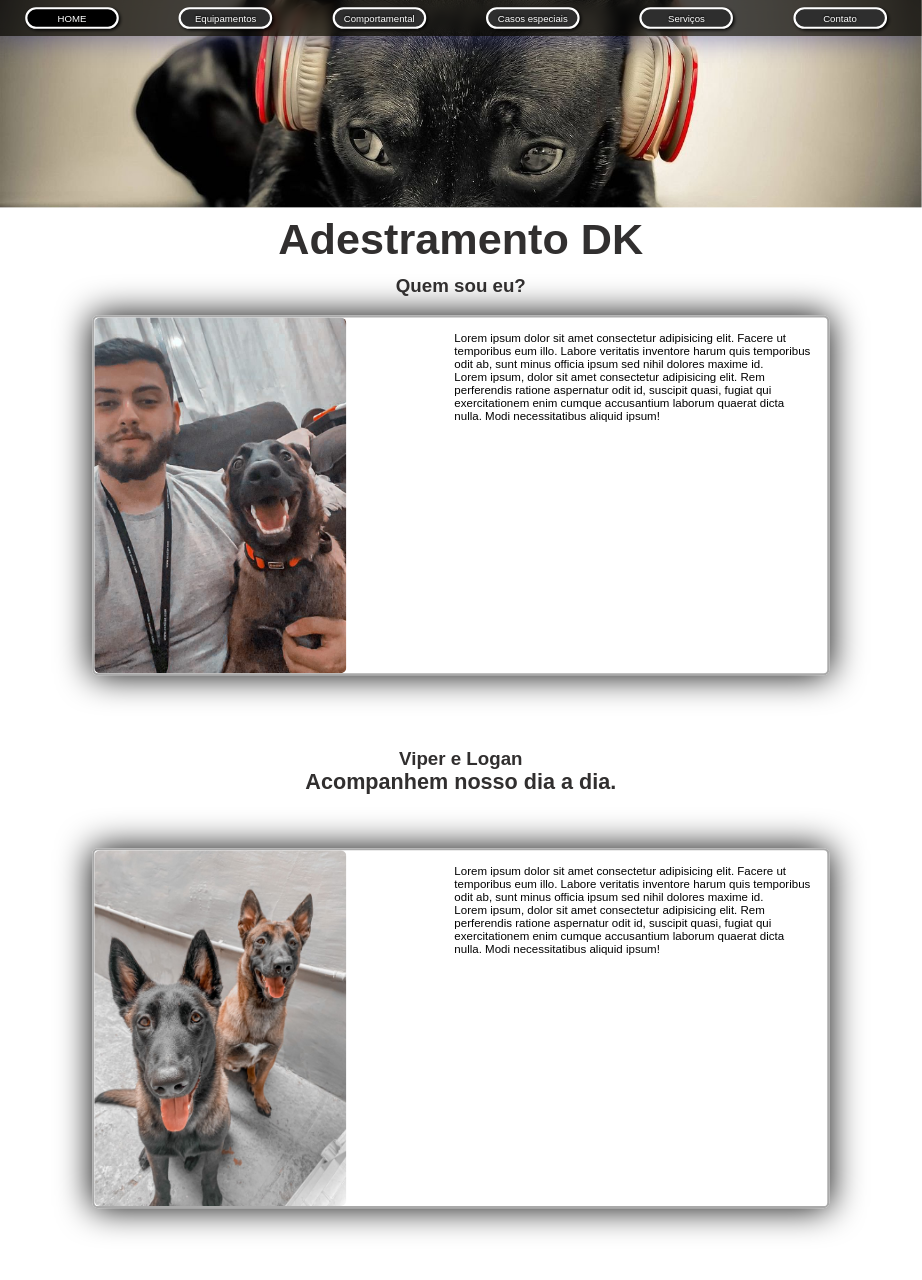
Repository: KevynMarques/Blog-React-StyledComponent
Page: /
These files come from the project's save history. The page is drawn as it stood at one moment and after a run of saves; the edit follows.
The browser window is 1280 px wide. The pictures show the whole page, at 72% of full size.
The project was rebuilt for these pictures with package versions that can differ from the ones it lists, and the page was loaded fresh each time. Also part of the build but not shown: src/Components/Equipamentos/style.jsx, src/Components/Equipamentos/index.jsx, src/Components/Comportamental/style.jsx, src/Components/Comportamental/index.jsx, src/Components/Clientes/style.jsx, src/Components/Clientes/index.jsx, src/Components/Serviços/index.jsx, src/Components/Contato/index.jsx.

Above is the page before, as saved 2022-02-10 18:58:59.

After the next 4 saves:
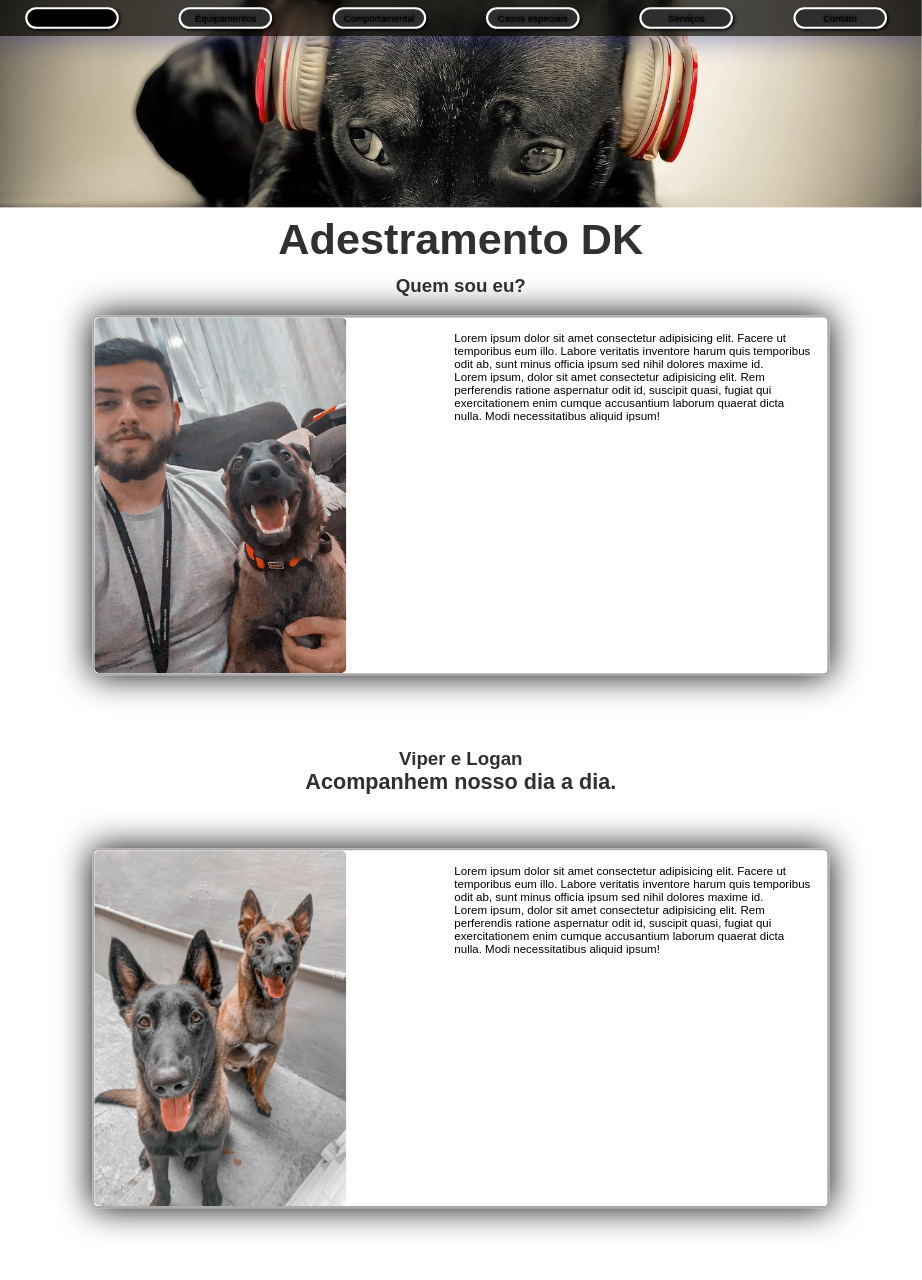
The 4 saves are shown as one change because they came seconds apart.
The last was saved 10 s later.
--- a/src/Components/Home/Style.jsx
+++ b/src/Components/Home/Style.jsx
@@ -21,7 +21,7 @@ export const HomeB = styled.button `
 
 font-family: Arial, Helvetica, sans-serif;
 font-style:normal;
-color:#ffffff;
+<color:>() =></color:>;
 background:#000000;
 border:3px solid #ffffff;
 text-shadow:0px -1px 3px #000000;

After the save that followed:
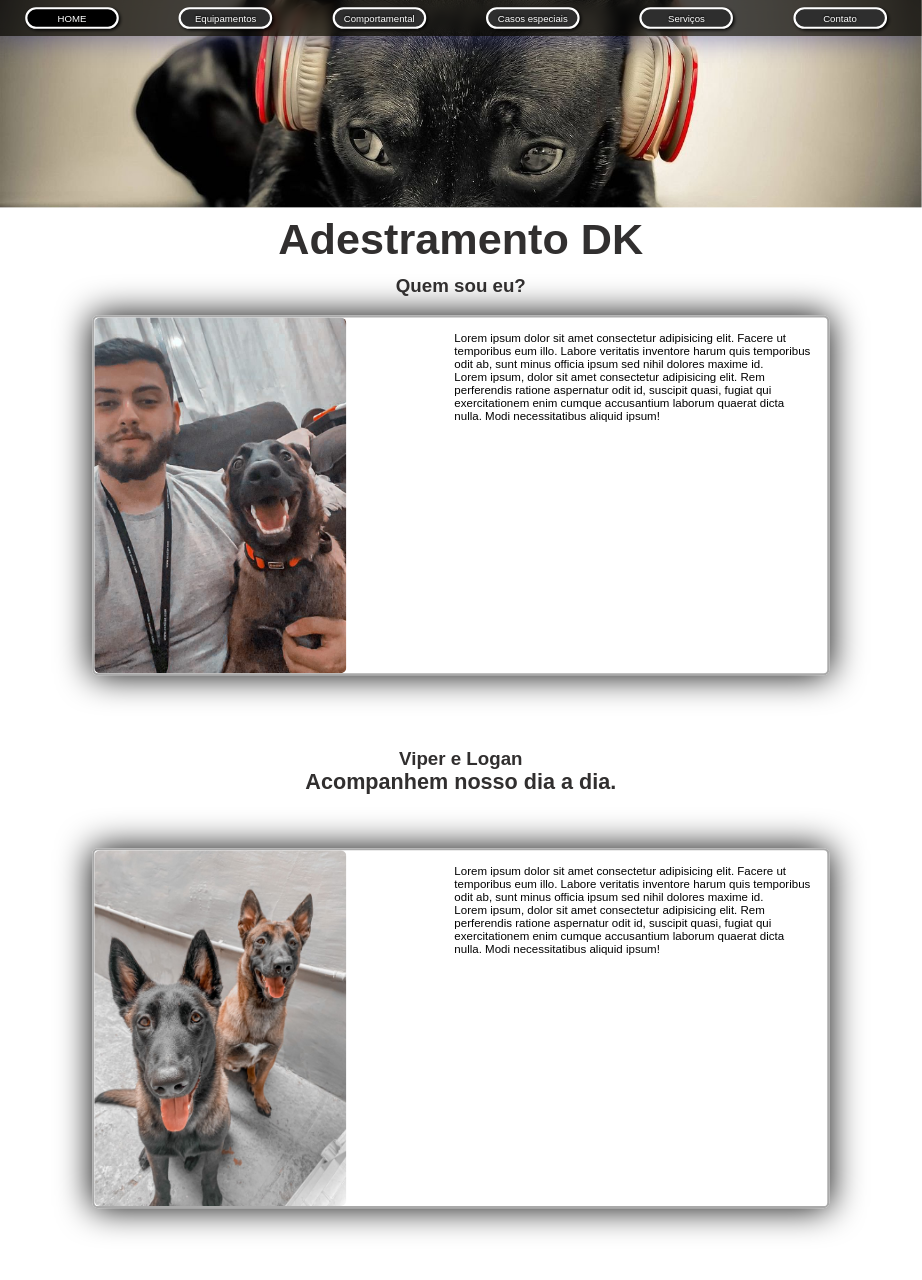
Saved 8 s later.
--- a/src/Components/Home/Style.jsx
+++ b/src/Components/Home/Style.jsx
@@ -21,7 +21,7 @@ export const HomeB = styled.button `
 
 font-family: Arial, Helvetica, sans-serif;
 font-style:normal;
-<color:>() =></color:>;
+color:#ffffff;
 background:#000000;
 border:3px solid #ffffff;
 text-shadow:0px -1px 3px #000000;
